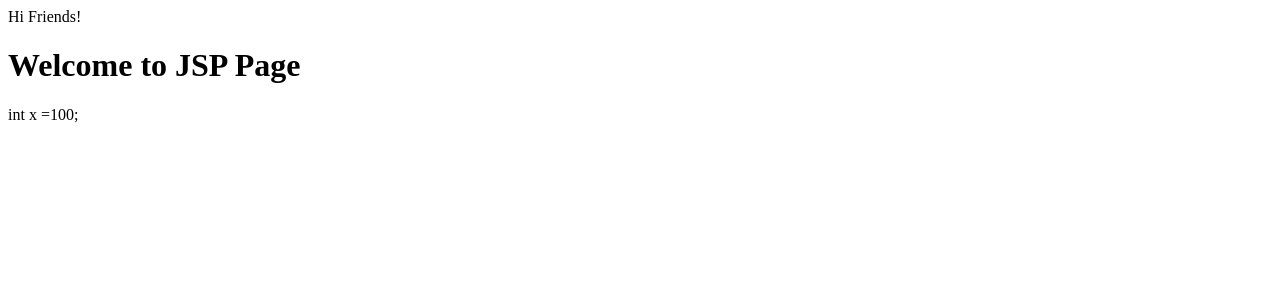
Repository: javeed512/jsp_repo
Page: http://localhost/JSP_LifeCycle/hello.jsp
These files come from the project's save history. The page is drawn as it stood at one moment and after the next save; the edit follows.
The browser window is 1280 px wide. The pictures show the whole page.
The page is served by Tomcat 9.

Above is the page before, as saved 2022-03-14 11:16:39.

After the next save:
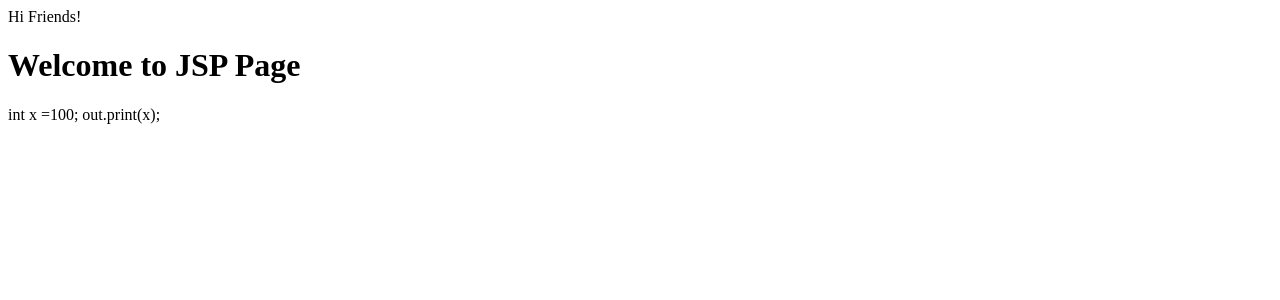
Saved 44 s later.
--- a/JSP_LifeCycle/WebContent/hello.jsp
+++ b/JSP_LifeCycle/WebContent/hello.jsp
@@ -12,5 +12,7 @@
 
 	int x =100;
 
+		out.print(x);
+
 </body>
 </html>
